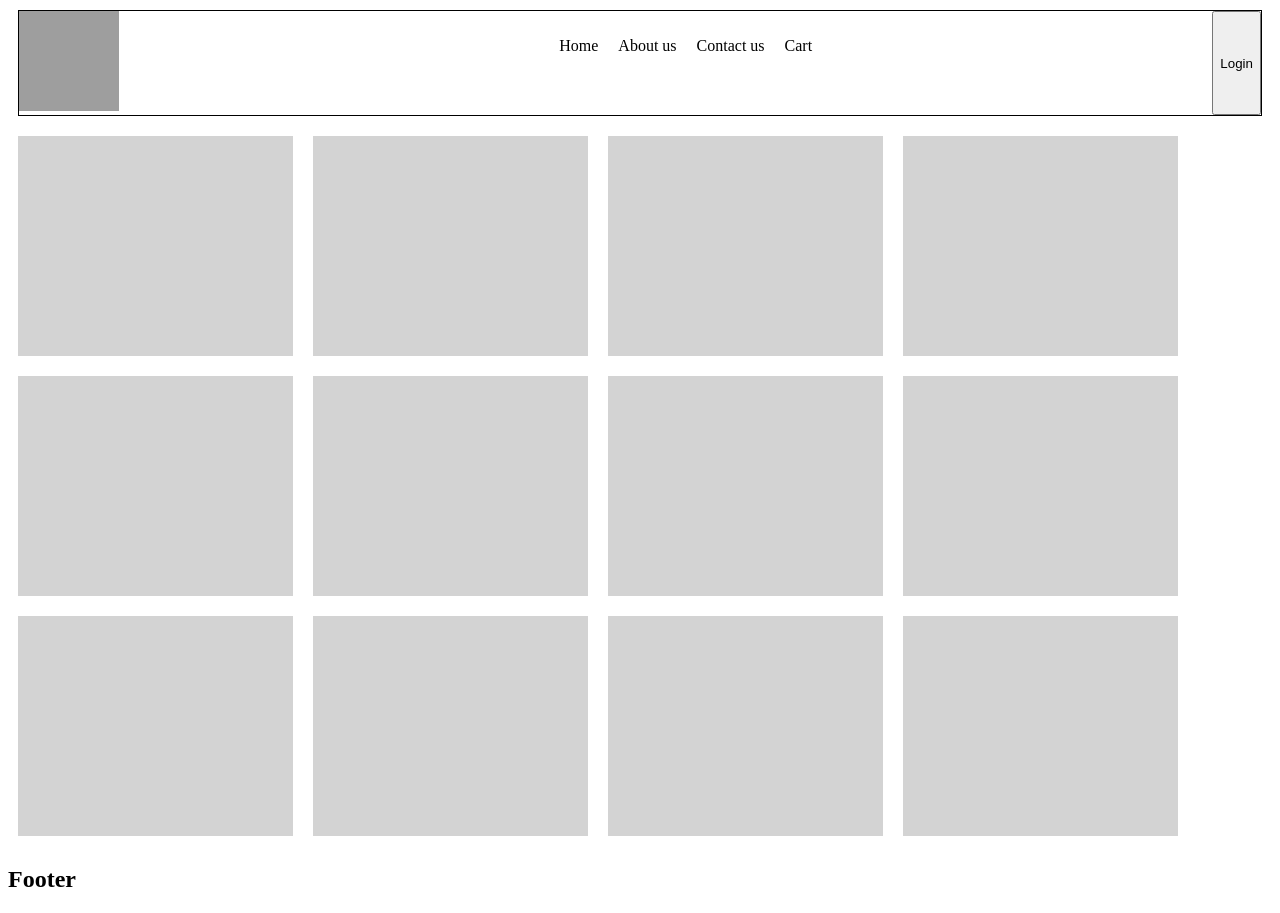
Repository: shivamv97/FOOD-VILLA-APP
Page: /
The author's editor kept a copy of each file at every save. The page is drawn from the files as they stood at one save, then again after the next save.
The browser window is 1280 px wide. The pictures show the whole page.
Pictures or frames that could not be fetched are drawn as grey boxes. The page's requests for data from a server got no answer. The project was rebuilt for these pictures with package versions that can differ from the ones it lists, and the page was loaded fresh each time. No one was signed in, and anything a server would have sent is missing. Also part of the build but not shown: src/components/RestaurantCards.js.

Above is the page before, as saved 2024-08-02 19:24:17.

### index.html
<!DOCTYPE html>
<html lang="en">
  <head>
    <meta charset="UTF-8" />
    <meta name="viewport" content="width=device-width, initial-scale=1.0" />
    <title>Learning REACT</title>
    <link rel="stylesheet" href="style.css" />
  </head>
  <body>
    <div id="root">Not Rendered</div>
    <!-- <script
      crossorigin
      src="https://unpkg.com/react@18/umd/react.development.js"
    ></script>
    <script
      crossorigin
      src="https://unpkg.com/react-dom@18/umd/react-dom.development.js"
    ></script> -->
    <script type="module" src="src/App.js"></script>
  </body>
</html>

### style.css
.header {
  display: flex;
  justify-content: space-between;
  margin: 10px;
  border: 1px solid black;
}
.nav-items > ul {
  list-style-type: none;
  display: flex;
}

.nav-items > ul > li {
  padding: 10px;
}
.logo {
  width: 100px;
  height: 100px;
}

.card {
  width: 255px;
  border: 1px solid black;
  padding: 10px;
  margin: 10px;
  overflow-wrap: break-word;
}

.card > img {
  width: 100%;
}

.restaurant-list {
  display: flex;
  flex-wrap: wrap;
}

.shimmer-card {
  width: 255px;
  height: 200px;
  background: lightgrey;
  margin: 10px;
  padding: 10px;
}

### src/App.js
import React from "react";
import ReactDOM from "react-dom/client";
import HeaderComponent from "./components/Title";
import Body from "./components/Body";
import Footer from "./components/Footer";

/*
Header
   -logo
   -Nav item(right side)
   -cart
Body
   -Search bar
   -RestrauntList
     -RestrauntCard
     -Image
     -Name
     -Ratings
     -Cusines
Footer
     -Links
     -Copyrigh
*/

const AppLayout = () => {
  return (
    <>
      <HeaderComponent />
      <Body />
      <Footer />
    </>
  );
};

const root = ReactDOM.createRoot(document.getElementById("root"));

root.render(<AppLayout />); //it will override children of div element

### src/components/Title.js
import { useState } from "react";

const LoggedInUser = () => {
  //API used for authentication
  return true;
};

const Title = () => (
  <a href="/ ">
    <img
      className="logo"
      alt="logo"
      src="https://encrypted-tbn0.gstatic.com/images?q=tbn:ANd9GcTJtFXKFKFoihdrJEvX4jBtXqfcO2kJ0KAlIg&s"
    />
  </a>
);

const HeaderComponent = () => {
  const [isLoggedIn, setisLoggedIn] = useState(false);
  return (
    <div className="header">
      <Title />
      <div className="nav-items">
        <ul>
          <li>Home</li>
          <li>About us</li>
          <li>Contact us</li>
          <li>Cart</li>
        </ul>
      </div>
      {isLoggedIn ? (
        <button onClick={() => setisLoggedIn(false)}>Logout</button>
      ) : (
        <button onClick={() => setisLoggedIn(true)}>Login</button>
      )}
    </div>
  );
};

export default HeaderComponent;

### src/components/Body.js
import { restaurantlist } from "../config";
import RestrauntCard from "./RestaurantCards";
import { useState, useEffect } from "react";
import Shimmer from "./shimmer";

function filterdata(searchText, restaurants) {
  return restaurants.filter((restaurant) =>
    restaurant.info.name.toLowerCase().includes(searchText.toLowerCase())
  );
}

const Body = () => {
  // const searchTxt = "KFC"; //for reference...(IN JS)
  const [AllRestaurants, setAllRestaurants] = useState([]);
  const [FilteredRestaurants, setFilteredRestaurants] = useState([]); //restaurantlist
  const [searchText, setsearchText] = useState(""); //To create state variable.......(IN REACT)
  // console.log("render()");

  useEffect(() => {
    //API call
    GetRestaurants();
  }, []);

  async function GetRestaurants() {
    const data = await fetch(
      "https://www.swiggy.com/dapi/restaurants/list/v5?lat=28.7040592&lng=77.10249019999999&collection=83667"
    );
    const json = await data.json();
    console.log(json);
    //you have to make change only in line 32,in cards[i],where i is keep changing in the above api link,try from 0-11
    //it's an config-driven UI,Hence,it's Grid Element position keeps on changing.......
    setAllRestaurants(
      json?.data?.cards[1]?.card?.card?.gridElements?.infoWithStyle?.restaurants
    );
    setFilteredRestaurants(
      json?.data?.cards[1]?.card?.card?.gridElements?.infoWithStyle?.restaurants
    );
  }

  console.log("render");

  //Don't render component(Early Return)
  // if (!AllRestaurants) return null;
  // if (FilteredRestaurants?.length === 0) return <h1>No Restaurants Found!</h1>;

  //Conditional rendering
  return AllRestaurants?.length == 0 ? (
    <Shimmer />
  ) : (
    <>
      <div className="search-box">
        <input
          type="text"
          className="search-input"
          placeholder="Search"
          value={searchText}
          onChange={(e) => {
            setsearchText(e.target.value);
          }}
        />
        <button
          className="search-btn"
          onClick={() => {
            //filter the data according to need
            const data = filterdata(searchText, AllRestaurants);
            setFilteredRestaurants(data);
            //need to update the state-restaurants
          }}
        >
          Search
        </button>
      </div>
      <div className="restaurant-list">
        {
          FilteredRestaurants.map((restaurant) => {
            return (
              <RestrauntCard key={restaurant.info.id} {...restaurant.info} />
            );
          })
          //H.W. => 1.PROPER PLACE FOR NO RESTAURANTS FOUND   2.SEARCH WENT OFF WHEN IT IS SHOWING NO RESTAURANTS FOUND..........
        }
      </div>
    </>
  );
};

export default Body;

### src/components/Footer.js
const Footer = () => {
  return <h2>Footer</h2>;
};

export default Footer;

### src/config.js
//PUT MY all Hard Coded File Here
export const Img_cdn_url =
  "https://media-assets.swiggy.com/swiggy/image/upload/fl_lossy,f_auto,q_auto,w_660/";

//Config Driven UI
export const restaurantlist = [
  //public API of Swiggy
  {
    "@type": "type.googleapis.com/swiggy.presentation.food.v2.Restaurant",
    info: {
      id: "8561",
      name: "Mughlai Junction",
      cloudinaryImageId: "tnl2yuuxi8zjbgru6iqj",
      locality: "Connaught Place",
      areaName: "Connaught Place",
      costForTwo: "₹600 for two",
      cuisines: ["Mughlai", "North Indian", "Tandoor"],
      avgRating: 4.3,
      parentId: "5354",
      avgRatingString: "4.3",
      totalRatingsString: "10K+",
      promoted: true,
      adTrackingId:
        "cid=15007607~p=0~adgrpid=15007607#ag1~mp=SWIGGY_IN~bl=FOOD~aet=RESTAURANT~aeid=8561~eid=321f01bc-98c6-405c-89d6-b18422bb8f70~srvts=1721229990431~collid=83639",
      sla: {
        deliveryTime: 37,
        lastMileTravel: 4.8,
        serviceability: "SERVICEABLE",
        slaString: "35-40 mins",
        lastMileTravelString: "4.8 km",
        iconType: "ICON_TYPE_EMPTY",
      },
      availability: {
        nextCloseTime: "2024-07-17 23:00:00",
        opened: true,
      },
      badges: {},
      isOpen: true,
      type: "F",
      badgesV2: {
        entityBadges: {
          textExtendedBadges: {},
          textBased: {},
          imageBased: {},
        },
      },
      aggregatedDiscountInfoV3: {
        header: "10% OFF",
        subHeader: "UPTO ₹35",
      },
      orderabilityCommunication: {
        title: {},
        subTitle: {},
        message: {},
        customIcon: {},
      },
      differentiatedUi: {
        displayType: "ADS_UI_DISPLAY_TYPE_ENUM_DEFAULT",
        differentiatedUiMediaDetails: {
          mediaType: "ADS_MEDIA_ENUM_IMAGE",
          lottie: {},
          video: {},
        },
      },
      reviewsSummary: {},
      displayType: "RESTAURANT_DISPLAY_TYPE_DEFAULT",
      restaurantOfferPresentationInfo: {},
      externalRatings: {
        aggregatedRating: {
          rating: "4.4",
          ratingCount: "1K+",
        },
        source: "GOOGLE",
        sourceIconImageId: "v1704440323/google_ratings/rating_google_tag",
      },
      ratingsDisplayPreference: "RATINGS_DISPLAY_PREFERENCE_SHOW_SWIGGY",
    },
    analytics: {},
    cta: {
      link: "swiggy://menu?restaurant_id=8561&source=collection&query=Biryani",
      text: "RESTAURANT_MENU",
      type: "DEEPLINK",
    },
    widgetId: "collectionV5RestaurantListWidget_SimRestoRelevance_food",
  },

  {
    "@type": "type.googleapis.com/swiggy.presentation.food.v2.Restaurant",
    info: {
      id: "817359",
      name: "Zahra Restaurant & Cafe",
      cloudinaryImageId: "asaqtuuszx7hzmxpnfpo",
      locality: "Old Delhi",
      areaName: "Old Delhi",
      costForTwo: "₹300 for two",
      cuisines: ["Indian", "Tandoor", "Kebabs", "Snacks", "Biryani"],
      avgRating: 4.3,
      parentId: "229129",
      avgRatingString: "4.3",
      totalRatingsString: "100+",
      sla: {
        deliveryTime: 29,
        lastMileTravel: 1.3,
        serviceability: "SERVICEABLE",
        slaString: "25-30 mins",
        lastMileTravelString: "1.3 km",
        iconType: "ICON_TYPE_EMPTY",
      },
      availability: {
        nextCloseTime: "2024-07-17 22:59:00",
        opened: true,
      },
      badges: {},
      isOpen: true,
      type: "F",
      badgesV2: {
        entityBadges: {
          textExtendedBadges: {},
          textBased: {},
          imageBased: {},
        },
      },
      aggregatedDiscountInfoV3: {
        header: "50% OFF",
        subHeader: "UPTO ₹100",
      },
      orderabilityCommunication: {
        title: {},
        subTitle: {},
        message: {},
        customIcon: {},
      },
      differentiatedUi: {
        displayType: "ADS_UI_DISPLAY_TYPE_ENUM_DEFAULT",
        differentiatedUiMediaDetails: {
          mediaType: "ADS_MEDIA_ENUM_IMAGE",
          lottie: {},
          video: {},
        },
      },
      reviewsSummary: {},
      displayType: "RESTAURANT_DISPLAY_TYPE_DEFAULT",
      restaurantOfferPresentationInfo: {},
      externalRatings: {
        aggregatedRating: {
          rating: "--",
        },
      },
      ratingsDisplayPreference: "RATINGS_DISPLAY_PREFERENCE_SHOW_SWIGGY",
    },
    analytics: {},
    cta: {
      link: "swiggy://menu?restaurant_id=817359&source=collection&query=Biryani",
      text: "RESTAURANT_MENU",
      type: "DEEPLINK",
    },
    widgetId: "collectionV5RestaurantListWidget_SimRestoRelevance_food",
  },

  {
    "@type": "type.googleapis.com/swiggy.presentation.food.v2.Restaurant",
    info: {
      id: "81523",
      name: "Amma Mess",
      cloudinaryImageId: "a09jpzja1zusso85bbmz",
      locality: "Karol Bagh",
      areaName: "Karol Bagh",
      costForTwo: "₹300 for two",
      cuisines: ["South Indian"],
      avgRating: 4.5,
      parentId: "15687",
      avgRatingString: "4.5",
      totalRatingsString: "10K+",
      promoted: true,
      adTrackingId:
        "cid=15010070~p=1~adgrpid=15010070#ag1~mp=SWIGGY_IN~bl=FOOD~aet=RESTAURANT~aeid=81523~eid=b2807d99-426d-4265-8bac-9448c8101a5f~srvts=1721229990431~collid=83639",
      sla: {
        deliveryTime: 37,
        lastMileTravel: 6.3,
        serviceability: "SERVICEABLE",
        slaString: "35-40 mins",
        lastMileTravelString: "6.3 km",
        iconType: "ICON_TYPE_EMPTY",
      },
      availability: {
        nextCloseTime: "2024-07-17 22:30:00",
        opened: true,
      },
      badges: {},
      isOpen: true,
      aggregatedDiscountInfoV2: {},
      type: "F",
      badgesV2: {
        entityBadges: {
          textBased: {},
          imageBased: {},
          textExtendedBadges: {},
        },
      },
      orderabilityCommunication: {
        title: {},
        subTitle: {},
        message: {},
        customIcon: {},
      },
      differentiatedUi: {
        displayType: "ADS_UI_DISPLAY_TYPE_ENUM_DEFAULT",
        differentiatedUiMediaDetails: {
          mediaType: "ADS_MEDIA_ENUM_IMAGE",
          lottie: {},
          video: {},
        },
      },
      reviewsSummary: {},
      displayType: "RESTAURANT_DISPLAY_TYPE_DEFAULT",
      restaurantOfferPresentationInfo: {},
      externalRatings: {
        aggregatedRating: {
          rating: "4.2",
          ratingCount: "1K+",
        },
        source: "GOOGLE",
        sourceIconImageId: "v1704440323/google_ratings/rating_google_tag",
      },
      ratingsDisplayPreference: "RATINGS_DISPLAY_PREFERENCE_SHOW_SWIGGY",
    },
    analytics: {},
    cta: {
      link: "swiggy://menu?restaurant_id=81523&source=collection&query=Biryani",
      text: "RESTAURANT_MENU",
      type: "DEEPLINK",
    },
    widgetId: "collectionV5RestaurantListWidget_SimRestoRelevance_food",
  },

  {
    "@type": "type.googleapis.com/swiggy.presentation.food.v2.Restaurant",
    info: {
      id: "144716",
      name: "Mughlai Invitation",
      cloudinaryImageId: "a4530760ed2ff35b487605618cc6dc45",
      areaName: "Chandni Chowk",
      costForTwo: "₹200 for two",
      cuisines: ["Indian", "Mughlai", "Biryani", "Sweets"],
      avgRating: 4.6,
      parentId: "141076",
      avgRatingString: "4.6",
      totalRatingsString: "100+",
      sla: {
        deliveryTime: 30,
        lastMileTravel: 1.5,
        serviceability: "SERVICEABLE",
        slaString: "30-35 mins",
        lastMileTravelString: "1.5 km",
        iconType: "ICON_TYPE_EMPTY",
      },
      availability: {
        nextCloseTime: "2024-07-17 22:59:00",
        opened: true,
      },
      badges: {},
      isOpen: true,
      aggregatedDiscountInfoV2: {},
      type: "F",
      badgesV2: {
        entityBadges: {
          textExtendedBadges: {},
          textBased: {},
          imageBased: {},
        },
      },
      orderabilityCommunication: {
        title: {},
        subTitle: {},
        message: {},
        customIcon: {},
      },
      differentiatedUi: {
        displayType: "ADS_UI_DISPLAY_TYPE_ENUM_DEFAULT",
        differentiatedUiMediaDetails: {
          mediaType: "ADS_MEDIA_ENUM_IMAGE",
          lottie: {},
          video: {},
        },
      },
      reviewsSummary: {},
      displayType: "RESTAURANT_DISPLAY_TYPE_DEFAULT",
      restaurantOfferPresentationInfo: {},
      externalRatings: {
        aggregatedRating: {
          rating: "4.8",
          ratingCount: "100+",
        },
        source: "GOOGLE",
        sourceIconImageId: "v1704440323/google_ratings/rating_google_tag",
      },
      ratingsDisplayPreference: "RATINGS_DISPLAY_PREFERENCE_SHOW_SWIGGY",
    },
    analytics: {},
    cta: {
      link: "swiggy://menu?restaurant_id=144716&source=collection&query=Biryani",
      text: "RESTAURANT_MENU",
      type: "DEEPLINK",
    },
    widgetId: "collectionV5RestaurantListWidget_SimRestoRelevance_food",
  },

  {
    "@type": "type.googleapis.com/swiggy.presentation.food.v2.Restaurant",
    info: {
      id: "64321",
      name: "Southern Masala",
      cloudinaryImageId: "14527e27a298304dd07904f777372cb5",
      locality: "Karol Bagh",
      areaName: "Karol Bagh",
      costForTwo: "₹350 for two",
      cuisines: ["Andhra", "Biryani", "South Indian", "Thalis"],
      avgRating: 3.9,
      parentId: "17286",
      avgRatingString: "3.9",
      totalRatingsString: "1K+",
      promoted: true,
      adTrackingId:
        "cid=15472783~p=2~adgrpid=15472783#ag1~mp=SWIGGY_IN~bl=FOOD~aet=RESTAURANT~aeid=64321~eid=785e1ed6-7474-46a2-ba9f-4a9325d5fabc~srvts=1721229990431~collid=83639",
      sla: {
        deliveryTime: 38,
        lastMileTravel: 5,
        serviceability: "SERVICEABLE",
        slaString: "35-40 mins",
        lastMileTravelString: "5.0 km",
        iconType: "ICON_TYPE_EMPTY",
      },
      availability: {
        nextCloseTime: "2024-07-17 22:00:00",
        opened: true,
      },
      badges: {},
      isOpen: true,
      type: "F",
      badgesV2: {
        entityBadges: {
          textBased: {},
          imageBased: {},
          textExtendedBadges: {},
        },
      },
      aggregatedDiscountInfoV3: {
        header: "₹125 OFF",
        subHeader: "ABOVE ₹199",
        discountTag: "FLAT DEAL",
      },
      orderabilityCommunication: {
        title: {},
        subTitle: {},
        message: {},
        customIcon: {},
      },
      differentiatedUi: {
        displayType: "ADS_UI_DISPLAY_TYPE_ENUM_DEFAULT",
        differentiatedUiMediaDetails: {
          mediaType: "ADS_MEDIA_ENUM_IMAGE",
          lottie: {},
          video: {},
        },
      },
      reviewsSummary: {},
      displayType: "RESTAURANT_DISPLAY_TYPE_DEFAULT",
      restaurantOfferPresentationInfo: {},
      externalRatings: {
        aggregatedRating: {
          rating: "4.1",
          ratingCount: "100+",
        },
        source: "GOOGLE",
        sourceIconImageId: "v1704440323/google_ratings/rating_google_tag",
      },
      ratingsDisplayPreference: "RATINGS_DISPLAY_PREFERENCE_SHOW_SWIGGY",
    },
    analytics: {},
    cta: {
      link: "swiggy://menu?restaurant_id=64321&source=collection&query=Biryani",
      text: "RESTAURANT_MENU",
      type: "DEEPLINK",
    },
    widgetId: "collectionV5RestaurantListWidget_SimRestoRelevance_food",
  },
];

### src/components/shimmer.js
const Shimmer = () => {
  return (
    <div className="restaurant-list">
      <div className="shimmer-card"></div>
      <div className="shimmer-card"></div>
      <div className="shimmer-card"></div>
      <div className="shimmer-card"></div>
      <div className="shimmer-card"></div>
      <div className="shimmer-card"></div>
      <div className="shimmer-card"></div>
      <div className="shimmer-card"></div>
      <div className="shimmer-card"></div>
      <div className="shimmer-card"></div>
      <div className="shimmer-card"></div>
      <div className="shimmer-card"></div>
    </div>
  );
};

export default Shimmer;

After the next save:
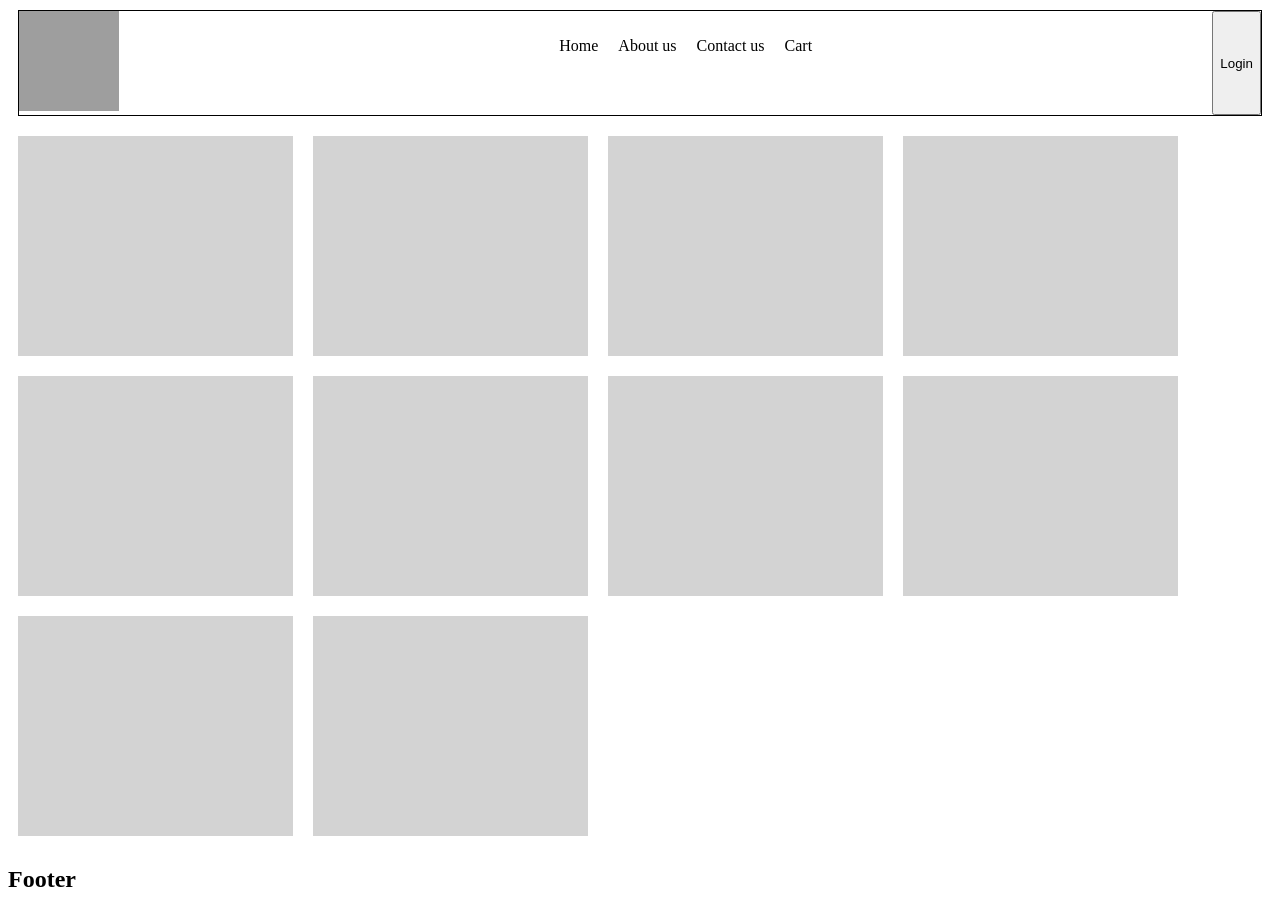
Saved 36 s later.
--- a/src/components/shimmer.js
+++ b/src/components/shimmer.js
@@ -1,18 +1,11 @@
 const Shimmer = () => {
   return (
     <div className="restaurant-list">
-      <div className="shimmer-card"></div>
-      <div className="shimmer-card"></div>
-      <div className="shimmer-card"></div>
-      <div className="shimmer-card"></div>
-      <div className="shimmer-card"></div>
-      <div className="shimmer-card"></div>
-      <div className="shimmer-card"></div>
-      <div className="shimmer-card"></div>
-      <div className="shimmer-card"></div>
-      <div className="shimmer-card"></div>
-      <div className="shimmer-card"></div>
-      <div className="shimmer-card"></div>
+      {Array(10)
+        .fill("")
+        .map((e) => (
+          <div className="shimmer-card"></div>
+        ))}
     </div>
   );
 };
